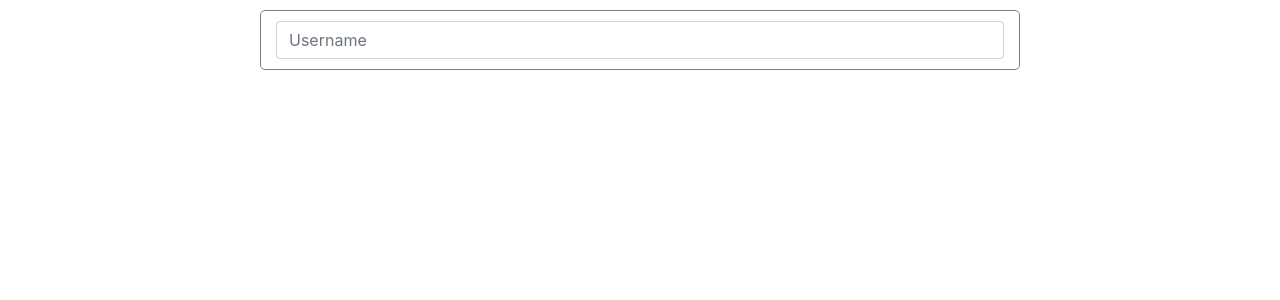
Repository: iian0910/vue3_todoList
Page: /
The author's editor kept a copy of each file at every save. The page is drawn from the files as they stood at one save, then again after the next save.
The browser window is 1280 px wide. The pictures show the whole page.
The project was rebuilt for these pictures with package versions that can differ from the ones it lists, and the page was loaded fresh each time.

Above is the page before, as saved 2021-02-23 14:46:38.

After the next save:
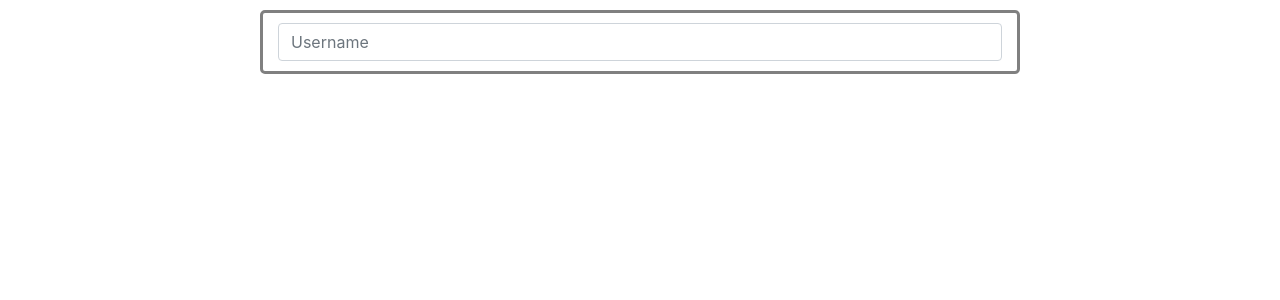
Saved 20 s later.
--- a/src/components/TodoList.vue
+++ b/src/components/TodoList.vue
@@ -16,7 +16,7 @@ export default {
 .content{
   padding: 10px;
   margin: 10px auto;
-  border: 1px solid gray;
+  border: 3px solid gray;
   border-radius: 5px;
 }
 </style>
